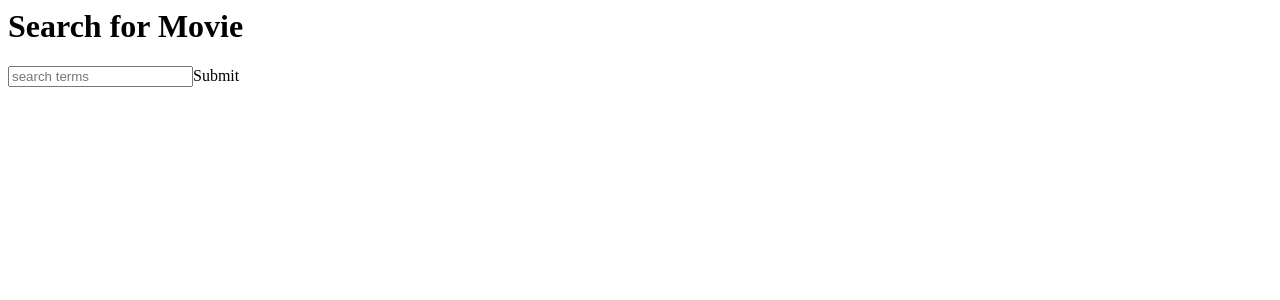
Repository: waiwai12341995/Web-Application_Yelp
Page: http://localhost/
The author's editor kept a record of every edit. The page is drawn from the files as they stood at one moment, then again after the next edit.
The browser window is 1280 px wide. The pictures show the whole page.
The page is served by the project's Node server (API/app.js).

Above is the page before.

### API/views/search.ejs
<h1> Search for Movie</h1>

<form action="/results" method="GET">
    <input typr="text" placeholder="search terms"
    <button>Submit</button>
</form>

### API/app.js
var express = require("express")
var app = express();
const request = require('request');

app.set("view engine", "ejs");

app.get("/", function(req, res){
    res.render("search")
});

app.get("/results", function(req, res){
    var query = req.query.search;
    var url = "http://www.omdbapi.com/?s=" + query + "&apikey=thewdb";

    // API route
    request(url, function(error, response, body){
        if(!error && response.statusCode == 200){
            // Be aware to change body to js object
            var data = JSON.parse(body);
            res.render("results", {data: data});
        }
    });
});


// Start the Server
app.listen(process.env.PORT, process.env.IP, function(){
    console.log("Movie Server Start")
})

After the next edit:
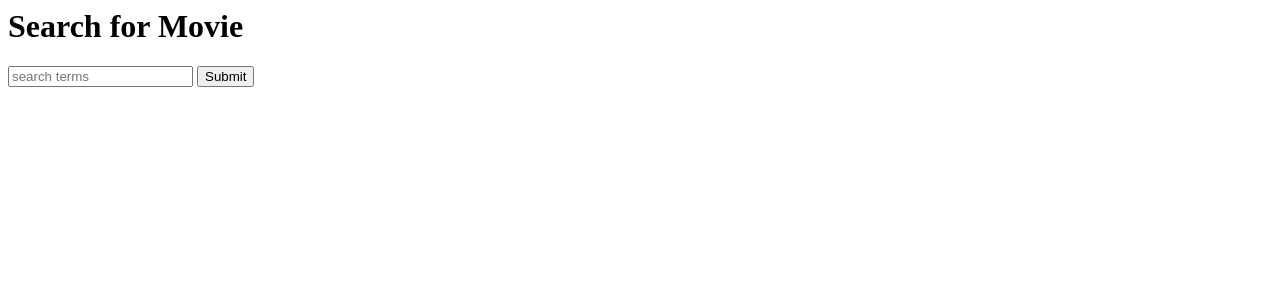
The edit:
--- a/API/views/search.ejs
+++ b/API/views/search.ejs
@@ -1,6 +1,6 @@
 <h1> Search for Movie</h1>
 
 <form action="/results" method="GET">
-    <input typr="text" placeholder="search terms"
-    <button>Submit</button>
+    <input type="text" name="search" placeholder="search terms">
+    <button type="submit">Submit</button>
 </form>
